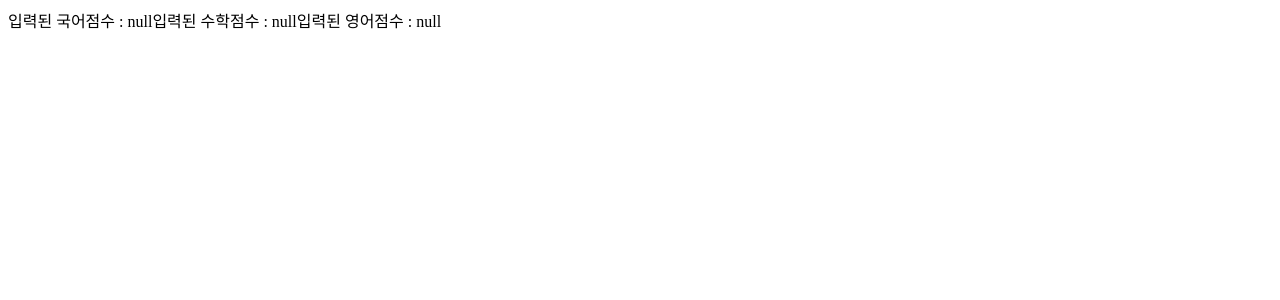
Repository: rlaqhrns/JSP_study
Page: http://localhost/JSP1012/request2.jsp
The author's editor kept a copy of each file at every save. The page is drawn from the files as they stood at one save, then again after the next save.
The browser window is 1280 px wide. The pictures show the whole page.
The page is served by Tomcat 9.

Above is the page before, as saved 2020-10-12 08:38:33.

After the next save:
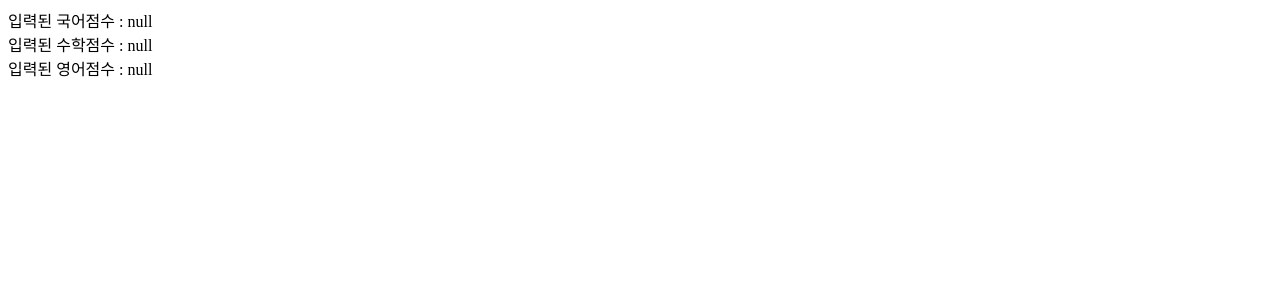
Saved 58 s later.
--- a/JSP1012/WebContent/request2.jsp
+++ b/JSP1012/WebContent/request2.jsp
@@ -5,10 +5,10 @@
 
     <%
     	String kor = request.getParameter("kor");
-    	out.print("입력된 국어점수 : " + kor);
+    	out.print("입력된 국어점수 : " + kor + "<br>");
     	String math = request.getParameter("math");
-    	out.print("입력된 수학점수 : " + math);
+    	out.print("입력된 수학점수 : " + math + "<br>");
     	String eng = request.getParameter("eng");
-    	out.print("입력된 영어점수 : " + eng);
+    	out.print("입력된 영어점수 : " + eng + "<br>");
 
     %>
